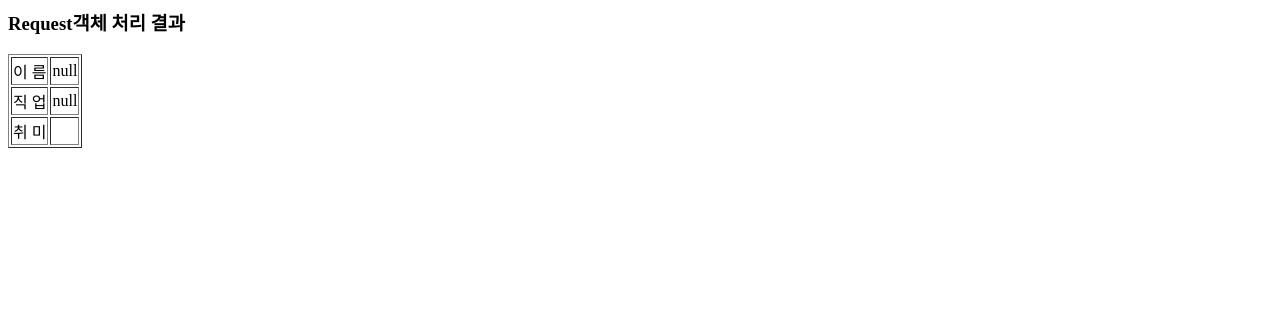
Repository: kdh4357065/3_highjava
Page: http://localhost/webTest/requestTest01.do
An editor plug-in stored every save of this project. The page is shown before and after the next save, followed by the edit.
The browser window is 1280 px wide. The pictures show the whole page.
The page is served by Tomcat 9.

Above is the page before, as saved 2023-03-28 03:18:47.

After the next save:
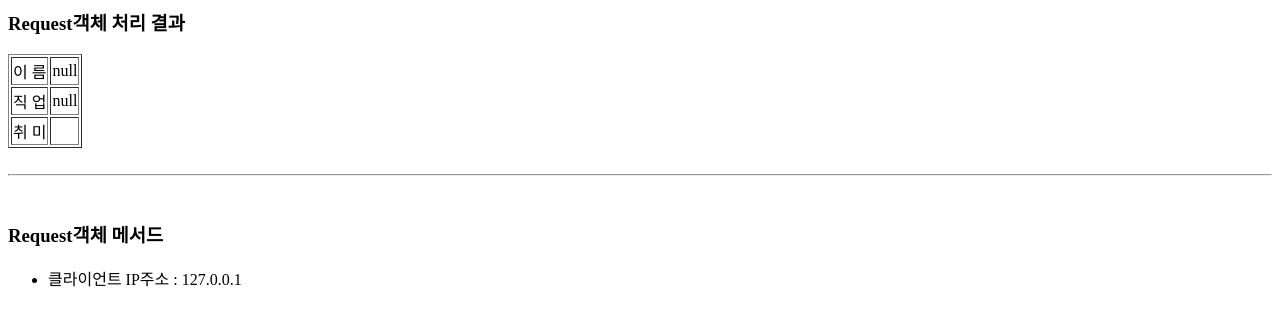
Saved 2 min 41 s later.
--- a/WorkSpace/webTest/src/main/java/kr/or/ddit/basic/reqNresp/RequestTest01.java
+++ b/WorkSpace/webTest/src/main/java/kr/or/ddit/basic/reqNresp/RequestTest01.java
@@ -61,6 +61,12 @@ public class RequestTest01 extends HttpServlet {
 
 		out.println("</table>");
 
+		out.println("<br><hr><br>");
+
+		out.println("<h3>Request객체 메서드</h3>");
+		out.println("<ul>");
+		out.println("<li>클라이언트 IP주소 : " + request.getRemoteAddr() + "</li>");
+
 		out.println("</body></html>");
 	}
 
